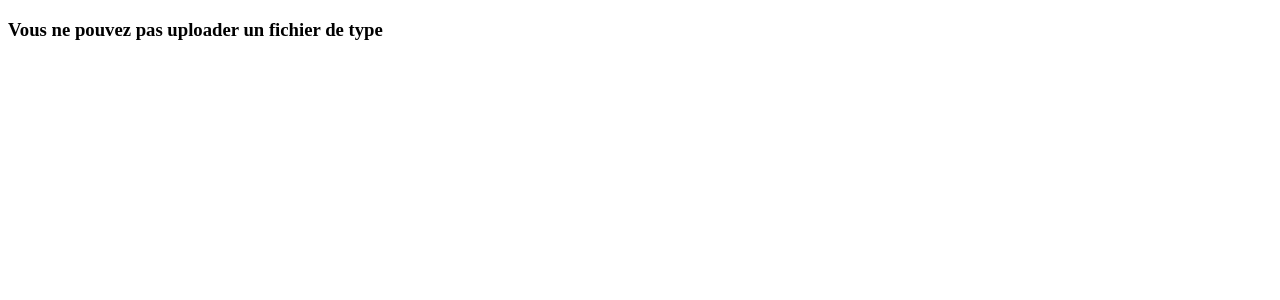
Repository: Kepsondiaz/Khint-Esp
Page: http://localhost/src/pass1.php
These files come from the project's save history. The page is drawn as it stood at one moment and after a run of saves; the edit follows.
The browser window is 1280 px wide. The pictures show the whole page.
The page is run by PHP 8.4 with error messages shown; the project is at /var/www/html/.

Above is the page before, as saved 2022-04-02 09:55:47.

### src/pass1.php
<!DOCTYPE html>
<html lang="en">
<head>
    <meta charset="UTF-8">
    <meta http-equiv="X-UA-Compatible" content="IE=edge">
    <meta name="viewport" content="width=device-width, initial-scale=1.0">
    <title>pass1.php</title>
</head>
<body>
    <?php
            echo "<h3>";
            echo "Vous ne pouvez pas uploader un fichier de type ";
            echo "</h3>";
    ?>

</body>
</html>

After the next 2 saves:
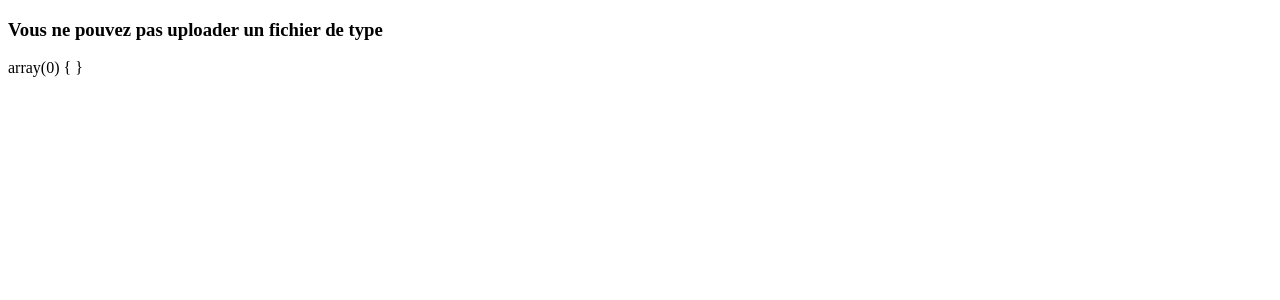
The 2 saves are shown as one change because they came seconds apart.
The last was saved 6 s later.
--- a/src/pass1.php
+++ b/src/pass1.php
@@ -11,6 +11,7 @@
             echo "<h3>";
             echo "Vous ne pouvez pas uploader un fichier de type ";
             echo "</h3>";
+            var_dump($_FILES);
     ?>
 
 </body>
